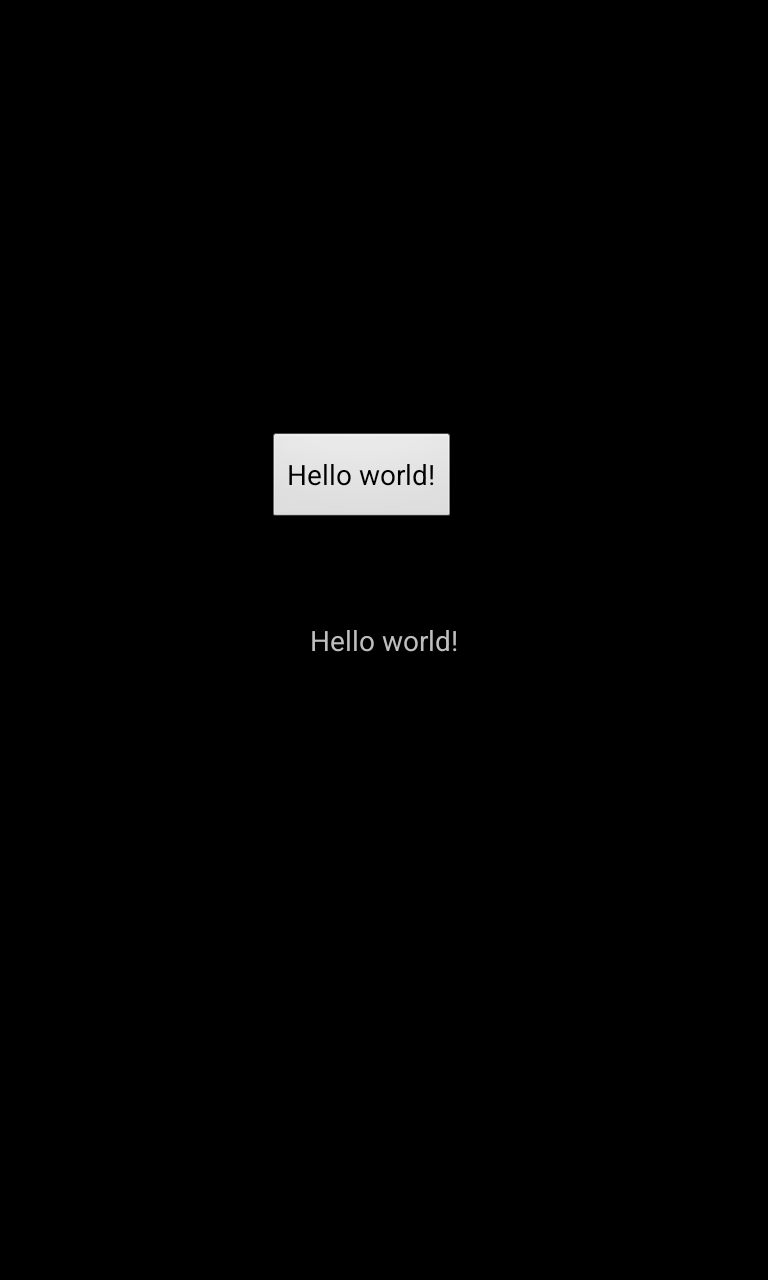
Repository: invader777/M-G
Layout: AndroidApp/res/layout/activity_main.xml
The author's editor kept a copy of each file at every save. The layout is drawn from the files as they stood at one save, then again after the next save.
It is drawn on a 768 x 1280 px phone screen (xhdpi) without system bars, with theme android:Theme; the app's code is not run.

Above is the layout before, as saved 2012-09-03 17:30:39.

### AndroidApp/res/layout/activity_main.xml
<RelativeLayout xmlns:android="http://schemas.android.com/apk/res/android"
    xmlns:tools="http://schemas.android.com/tools"
    android:layout_width="match_parent"
    android:layout_height="match_parent" >

    <TextView
        android:id="@+id/textView1"
        android:layout_width="wrap_content"
        android:layout_height="wrap_content"
        android:layout_centerHorizontal="true"
        android:layout_centerVertical="true"
        android:text="@string/hello_world"
        tools:context=".MainActivity" />

    <Button
        android:id="@+id/button1"
        android:layout_width="wrap_content"
        android:layout_height="wrap_content"
        android:layout_above="@+id/textView1"
        android:layout_alignRight="@+id/textView1"
        android:layout_marginBottom="47dp"
        android:text="@string/hello_world" />

</RelativeLayout>

### AndroidApp/res/values/strings.xml
<resources>

    <string name="app_name">AndroidApp</string>
    <string name="hello_world">Hello world!</string>
    <string name="menu_settings">Settings</string>
    <string name="title_activity_main">MainActivity</string>
    <string name="super_yeah">Super Yeah</string>
    <string name="super_text">supe rtext</string>

</resources>

After the next save:
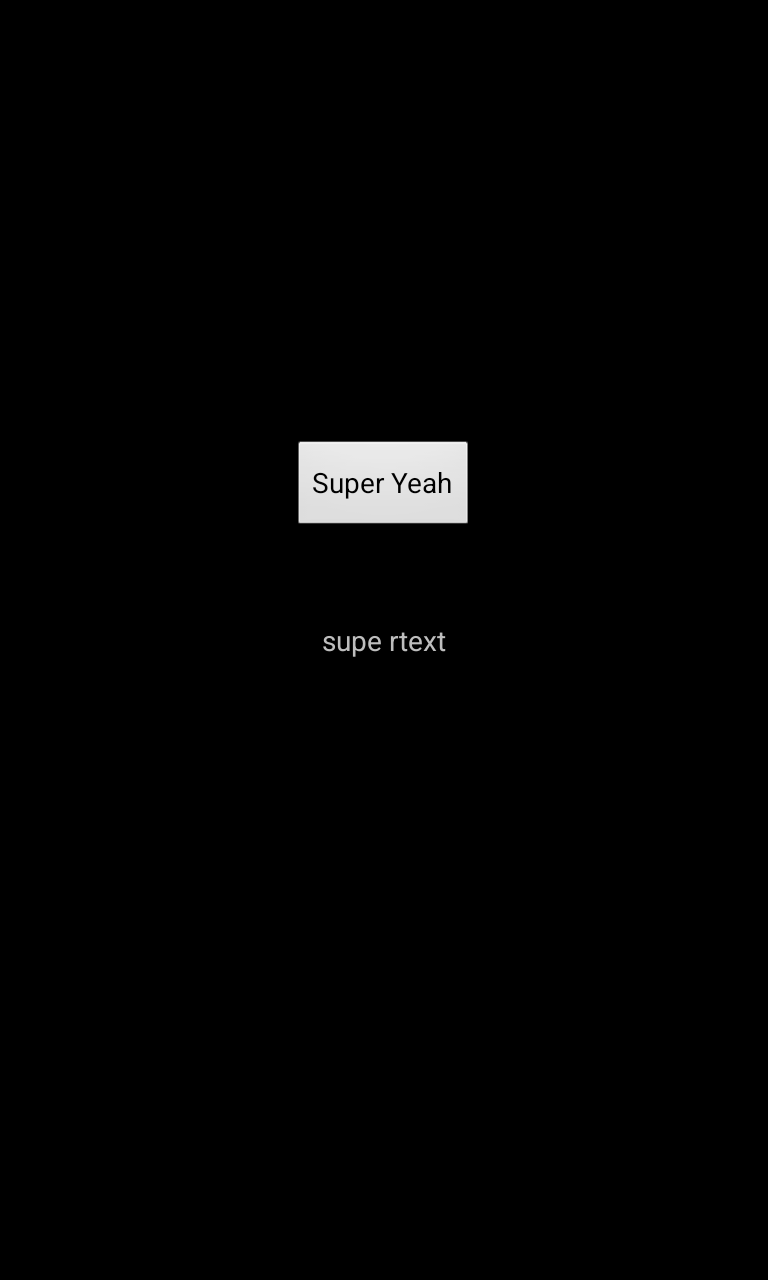
Saved 22 s later.
--- a/AndroidApp/res/layout/activity_main.xml
+++ b/AndroidApp/res/layout/activity_main.xml
@@ -9,7 +9,7 @@
         android:layout_height="wrap_content"
         android:layout_centerHorizontal="true"
         android:layout_centerVertical="true"
-        android:text="@string/hello_world"
+        android:text="@string/super_text"
         tools:context=".MainActivity" />
 
     <Button
@@ -17,8 +17,8 @@
         android:layout_width="wrap_content"
         android:layout_height="wrap_content"
         android:layout_above="@+id/textView1"
-        android:layout_alignRight="@+id/textView1"
-        android:layout_marginBottom="47dp"
-        android:text="@string/hello_world" />
+        android:layout_centerHorizontal="true"
+        android:layout_marginBottom="43dp"
+        android:text="@string/super_yeah" />
 
 </RelativeLayout>
